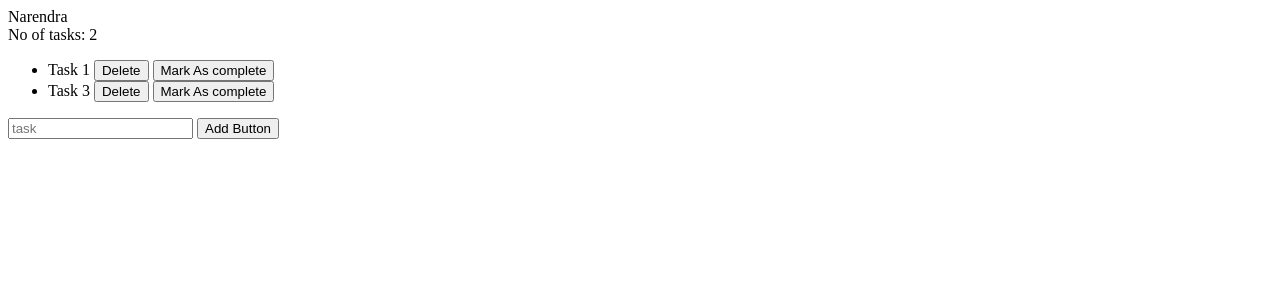
Repository: narendraiitm/jan-2023-term-live-session
Page: todo-vue/index.html
The author's editor kept a copy of each file at every save. The page is drawn from the files as they stood at one save, then again after the next save.
The browser window is 1280 px wide. The pictures show the whole page.

Above is the page before, as saved 2023-02-16 17:23:13.

### todo-vue/index.html
<!DOCTYPE html>
<html lang="en">
  <head>
    <meta charset="UTF-8" />
    <meta http-equiv="X-UA-Compatible" content="IE=edge" />
    <meta name="viewport" content="width=device-width, initial-scale=1.0" />
    <title>Document</title>
    <style>
      .complete {
        color: red;
      }
    </style>
  </head>
  <body>
    <div id="app"></div>
    <script src="https://cdn.jsdelivr.net/npm/vue@2/dist/vue.js"></script>
    <script src="./app.js"></script>
  </body>
</html>

### todo-vue/app.js
Vue.component('Header', {
  template: `<div> {{name}}</div>`,
  data() {
    return {
      name: 'Narendra',
    }
  },
})

const Footer = {
  template: `<div> This is footer </div>`,
}

new Vue({
  // options object
  el: '#app',
  template: `<div>
  <Header />
  <div> No of tasks: {{noOfTasks}} </div>
  <ul>
    <li v-for='(task, index) in tasks'>
        <span :class='{complete: task.complete}'>{{task.name}}</span>
        <button @click='deleteTask(index)'> Delete</button>
        <button @click='markAsComplete(index)'> Mark As complete</button>
    </li>
  </ul>
  <input placeholder='task' v-model='currentTask' />
  <button @click='addTask()'> Add Button </button>
  <Footer />
  </div>`,
  data: {
    currentTask: null,
    tasks: [
      { name: 'Task 1', complete: false },
      { name: 'Task 3', complete: false },
    ],
  },
  components: {
    'footer-comp': Footer,
  },
  methods: {
    addTask() {
      this.tasks.push({ name: this.currentTask })
    },
    deleteTask(index) {
      this.tasks.splice(index, 1)
    },
    markAsComplete(index) {
      this.tasks[index].complete = true
    },
  },
  computed: {
    noOfTasks() {
      return this.tasks.length
    },
  },
  watch: {
    currentTask(newVal, oldVal) {
      if (newVal.length > 5) {
        alert('Length of the task cannot be more then 5')
      }
    },
  },
})

After the next save:
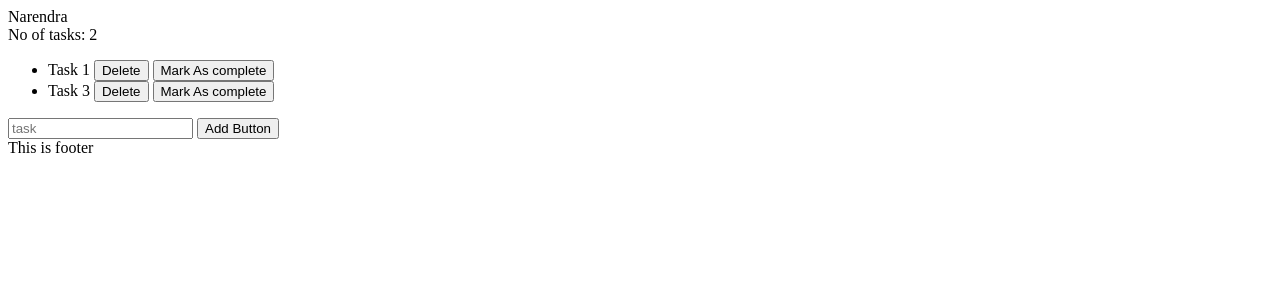
Saved 17 s later.
--- a/todo-vue/app.js
+++ b/todo-vue/app.js
@@ -26,7 +26,7 @@ new Vue({
   </ul>
   <input placeholder='task' v-model='currentTask' />
   <button @click='addTask()'> Add Button </button>
-  <Footer />
+  <footer-comp />
   </div>`,
   data: {
     currentTask: null,

After the save that followed:
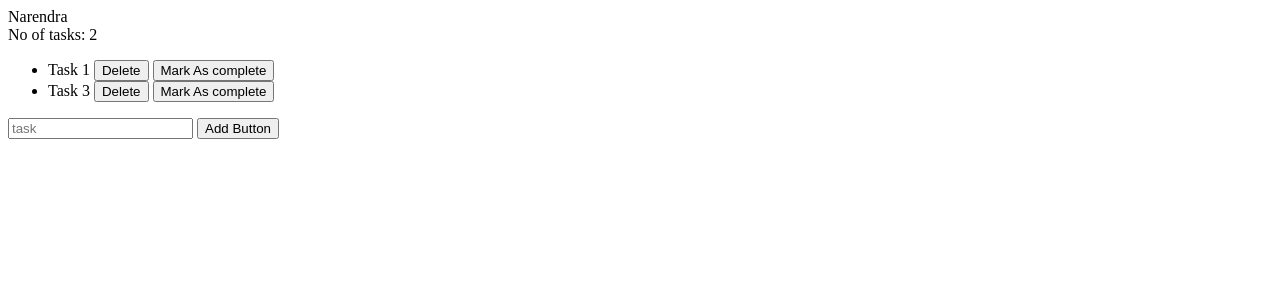
Saved 93 s later.
--- a/todo-vue/app.js
+++ b/todo-vue/app.js
@@ -36,7 +36,7 @@ new Vue({
     ],
   },
   components: {
-    'footer-comp': Footer,
+    Footer,
   },
   methods: {
     addTask() {
